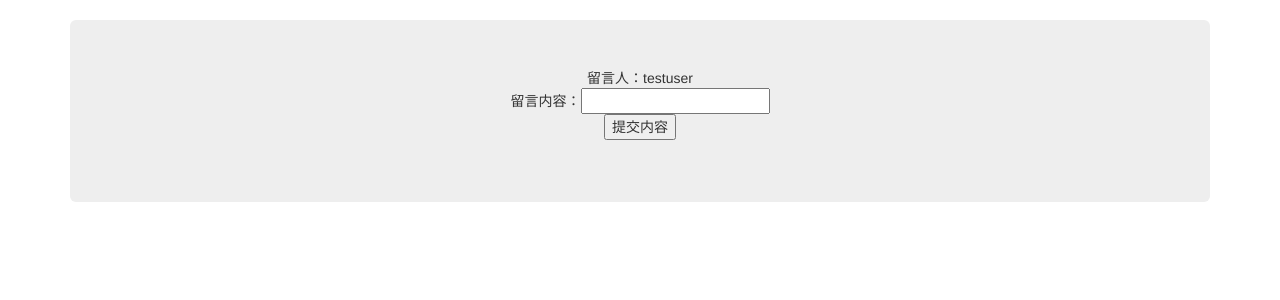
Repository: suxiaohutot/PHP
Page: http://localhost/liuyanhtml.php
An editor plug-in stored every save of this project. The page is shown before and after the next save, followed by the edit.
The browser window is 1280 px wide. The pictures show the whole page.
The page is run by PHP 8.4 with error messages shown; the project is at /var/www/html/. The session is filled in as if someone had signed in: {"username": "testuser", "id": 1}.

Above is the page before, as saved 2019-11-01 08:42:23.

After the next save:
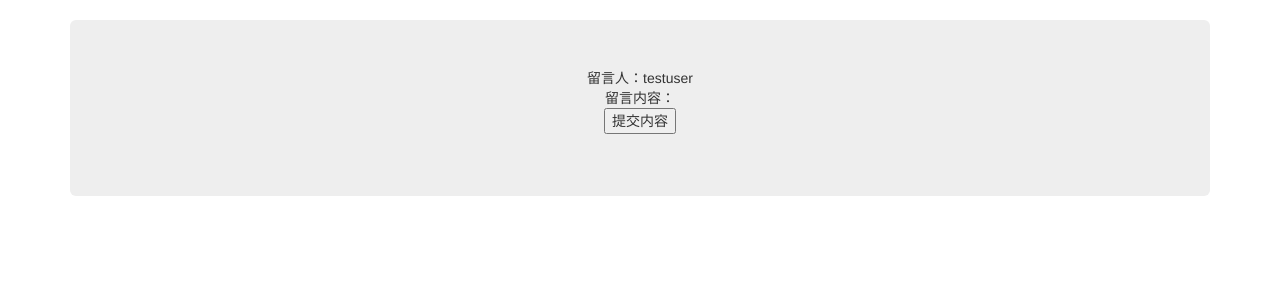
Saved 20 s later.
--- a/test/liuyanhtml.php
+++ b/test/liuyanhtml.php
@@ -16,7 +16,7 @@
         <form action="liuyan.php" method="post">
         	留言人：<?php echo $_SESSION['username'] ?>
             <br>
-    		留言内容：<input type="text" name="cont">
+    		留言内容：<input type="hidden" name="cont">
             <br>
             <input type="submit" name="tijiao" value="提交内容">
             <br>

After the save that followed:
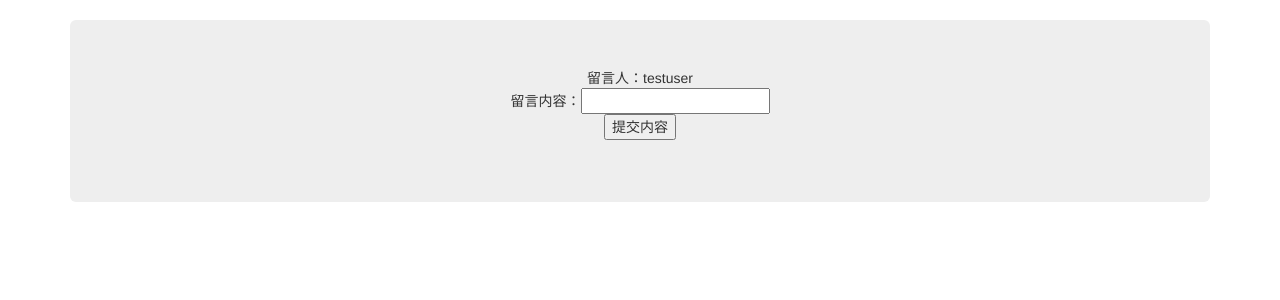
Saved 6 s later.
--- a/test/liuyanhtml.php
+++ b/test/liuyanhtml.php
@@ -16,7 +16,7 @@
         <form action="liuyan.php" method="post">
         	留言人：<?php echo $_SESSION['username'] ?>
             <br>
-    		留言内容：<input type="hidden" name="cont">
+    		留言内容：<input type="text" name="cont">
             <br>
             <input type="submit" name="tijiao" value="提交内容">
             <br>
